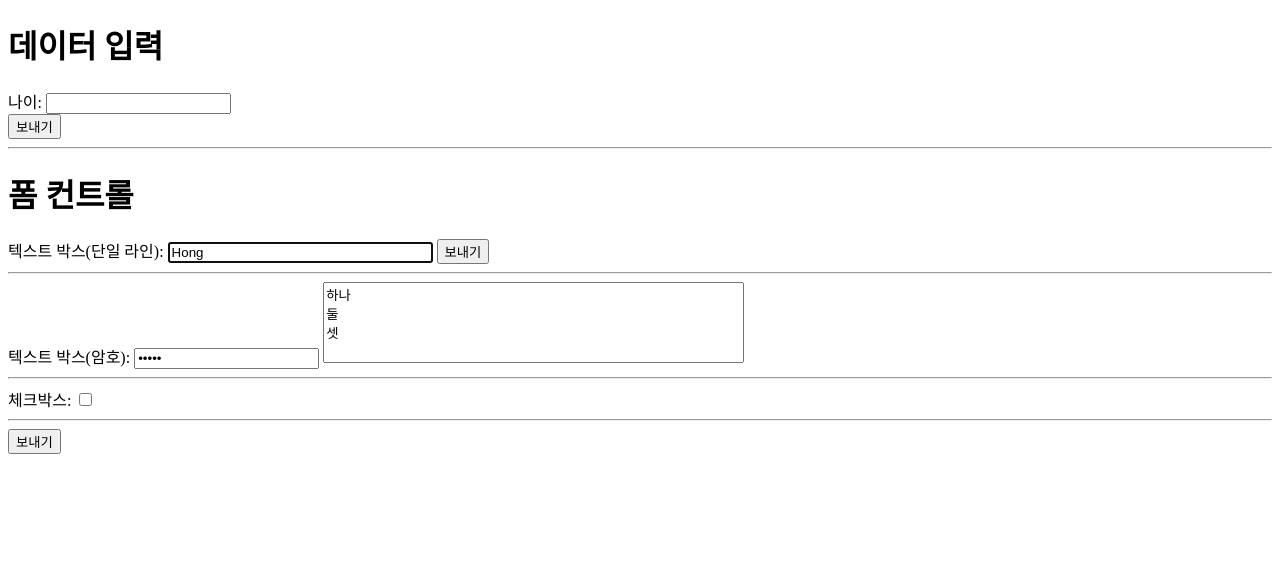
Repository: sinsujung/client
Page: ClientTest/src/main/webapp/html/ex18_form.html
The author's editor kept a copy of each file at every save. The page is drawn from the files as they stood at one save, then again after the next save.
The browser window is 1280 px wide. The pictures show the whole page.

Above is the page before, as saved 2023-09-21 06:44:25.

### ClientTest/src/main/webapp/html/ex18_form.html
<!DOCTYPE html>
<html>
<head>
<meta charset="UTF-8">
<title>Insert title here</title>
</head>
<body>
	<!-- ex_form.html -->
	<!--

		폼, Form
		- 입력 양식, 입력 컨트롤
		- 클라이언트(사용자)로부터 입력장치(키보드, 마우스, 터치 등)을 통해서 데이터를 입력받는 역할
		- 입력 데이터 > 서버로 전송 > 업무 활용 or 데이터베이스 저장 등..
		ex) 텍스트 박스, 버튼, 체크 박스, 라디오 버튼 등..
		- <form> + <form>의 자식 태그들..

		<form>
		- 모든 입력 컨트롤을 감싸는 컨테이너
		- 스스로는 랜더링 결과가 없다.(출력X)
		- 입력한 값을 서버로 전송하는 역할(*****)

		form.method
		- 데이터를 전송하는 방식
		- 택배(일반 우편 | 등기 우편)

		1. POST
			- ex18_server.jsp
			- 데이터를 상자안에 담아서 전송
			- 데이터가 노출 x > 보안 O
			- 전송하는 데이터의 최대 길이 제한 > 무제한

		2. GET
			- ex18_server.jsp?age=20
			- 데이터를 송장에 붙여서 전송
			- 전송되는 데이터가 노출(주소창) > 보안 x
			- 전송하는 데이터의 최대 길이 제한 > 256자 > 8,000 바이트
			- 긴 데이터는 전송 X

		form.action
		- 데이터를 수신하는 서버측 URL
		- 받는 사람 주소
		- 서버측 동작하고 있는 프로그램 주소 > JSP, Servlet, Spring 주소

	 -->

	<h1>데이터 입력</h1>

	<form method="GET" action="ex18_server.jsp">
		나이: <input type="text" name="age">
		<br>
		<input type="submit" value="보내기">
	</form>

	<hr>

	<h1>폼 컨트롤</h1>


	<form>
		<form method="POST" actoin="ex18_server.jsp">
		<!--

			<input>
			- 인라인 태그
			- 단독 태그
			- input.type: 입력 컨트롤 종류 지정
			- input.name: 식별자. HTML에서 사용. 서버측과 연동할 때 사용
			- input.id: 식별자. CSS, JavaScript에서 사용
			- input.class: 식별자. CSS, JavaScript에서 사용
			- input.size: 길이(문자 개수)
			- input.maxlength: 최대 입력 길이(글자수) + 유효성 검사
			- input.value: 컨트롤의 입력값(현재 입력값)
			- input.readonly: 읽기전용(전원 ON) > 서버로 전송이 가능
			- input.disabled: 비활성화(전원 OFF) > 서버로 전송이 불가능
			- input.accesskey: 바로가기(Alt + 조합키)
			- input.autofocus: 자동 포커스
			- input.autocomplete: 자동 완성 끄기
		 -->
			텍스트 박스(단일 라인):
			<input type="text" name="txt1" id="txt1" class="txt" size="30"
			value="Hong" accesskey="s" autofocus autocomplete="off">

			<input type="submit" value="보내기">

			<hr>

			<!--

				암호 상자, Password Box, Masked Text Box
				- 모든 속성이 텍스트 박스와 동일
				- value 속성은 사용 금지!!


			 -->
			 텍스트 박스(암호):
			 <input type="password" value="12345">

			 <!--
			 	텍스트 박스(다중 라인)
			  	- <textarea>
			  	- 쌍태그
			  	- 대부분의 속성은 텍스트 박스와 유사
			  	- maxlength 속성이 없다. > 많은 양의 텍스트를 입력받는 컨트롤
			  	- value 속성이 없다.
			  	- size 대신 cols와 rows 사용
			  -->
			<textarea cols="50" rows="5" style="resize:none;">하나
둘
셋
			</textarea>

			<hr>

			<!--
				체크박스
				- 논리값 입력
			 -->
			체크박스:
			<input type="checkbox">


			<hr>
			<input type="submit" value="보내기">

	</form>


</body>
</html>

After the next save:
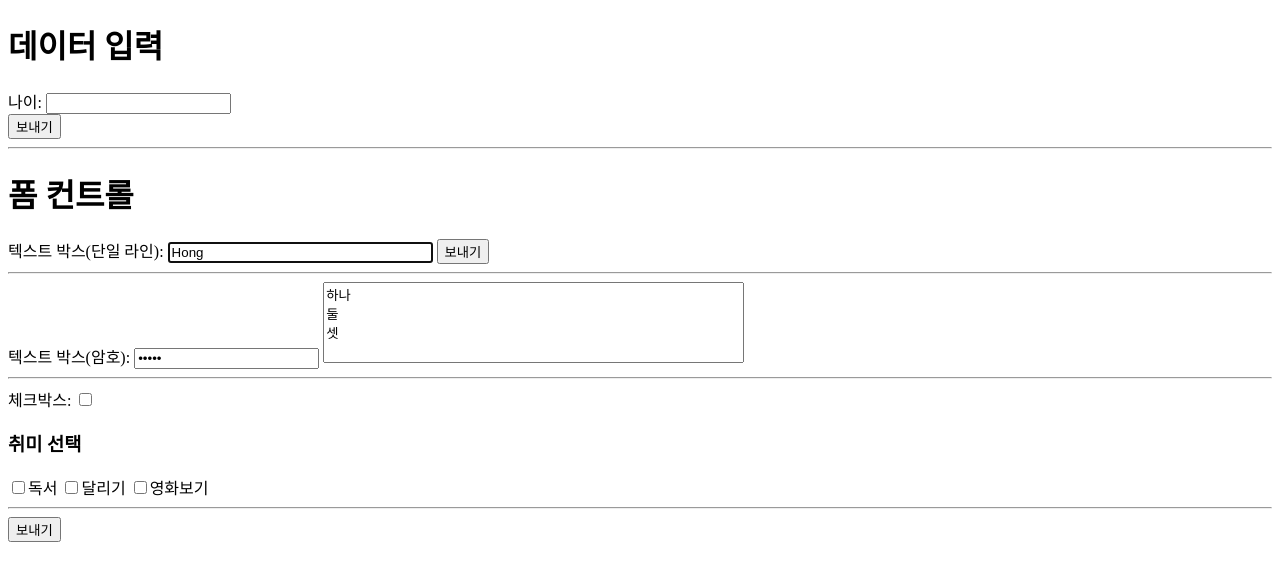
Saved 67 s later.
--- a/ClientTest/src/main/webapp/html/ex18_form.html
+++ b/ClientTest/src/main/webapp/html/ex18_form.html
@@ -119,6 +119,11 @@
 			체크박스:
 			<input type="checkbox">
 
+			<h3>취미 선택</h3>
+			<input type="checkbox">독서
+			<input type="checkbox">달리기
+			<input type="checkbox">영화보기
+
 
 			<hr>
 			<input type="submit" value="보내기">
